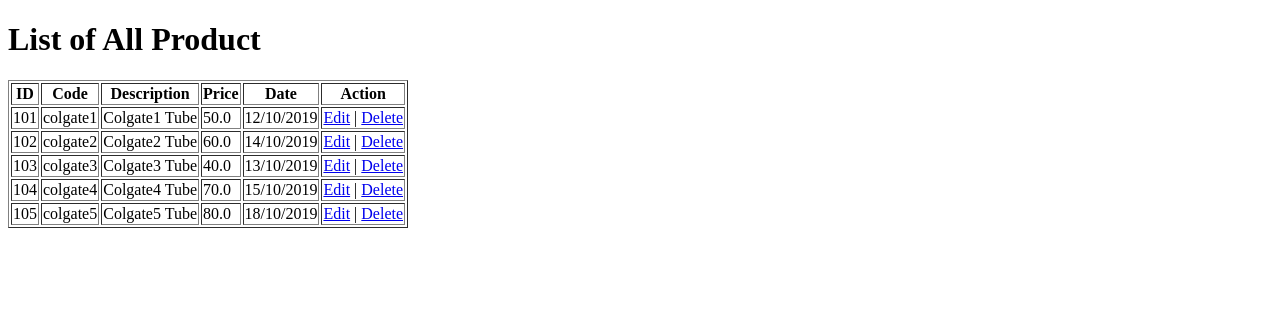
Repository: priyankamergu/MyAllProjects
Page: http://localhost/OnlineShopping/ProductController
The author's editor kept a copy of each file at every save. The page is drawn from the files as they stood at one save, then again after the next save.
The browser window is 1280 px wide. The pictures show the whole page.
The page is served by Tomcat 9.

Above is the page before, as saved 2019-11-18 11:08:55.

After the next save:
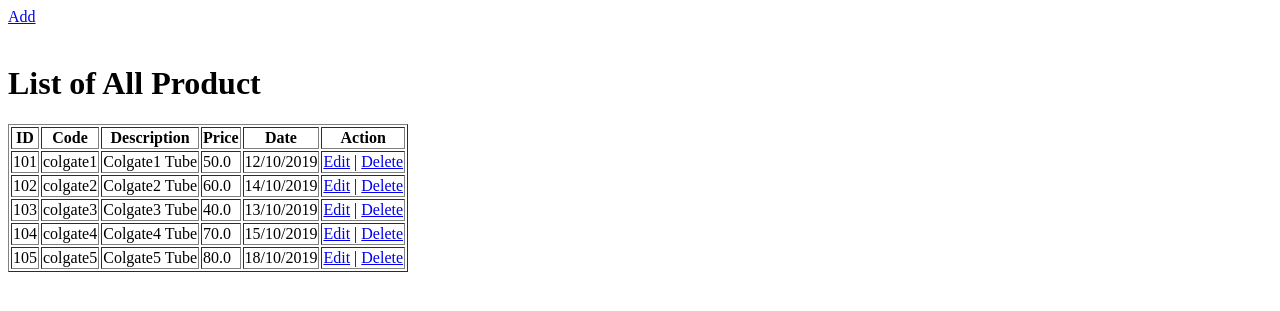
Saved 17 min 38 s later.
--- a/Workspace_JEE7_WEB/OnlineShopping/WebContent/ProductList.jsp
+++ b/Workspace_JEE7_WEB/OnlineShopping/WebContent/ProductList.jsp
@@ -9,6 +9,10 @@
 <title>Insert title here</title>
 </head>
 <body>
+
+<a href="ProductController?action=new">Add</a>
+<br/>
+<br/>
 <h1>List of All Product</h1>
 <table border=1>
 	<tr>
